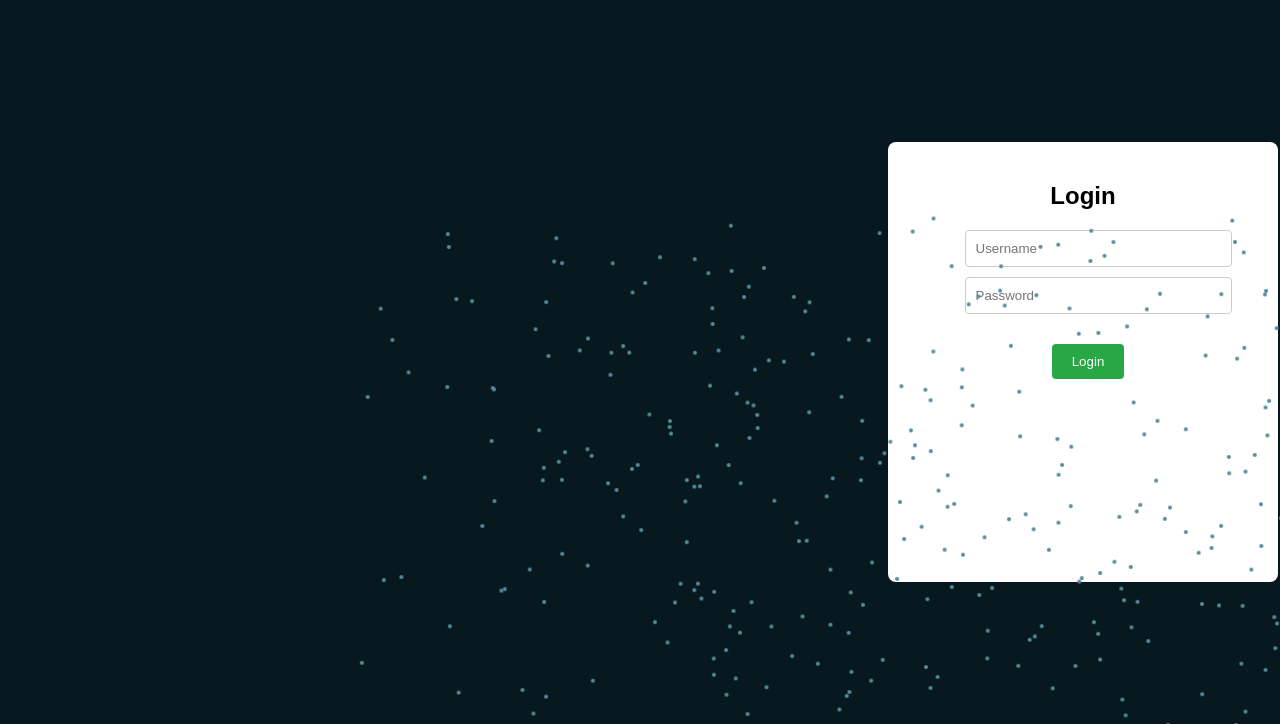
Repository: Anadi-Chauhan/Mentorship-binarybuddy
Page: login.html
These files come from the project's save history. The page is drawn as it stood at one moment and after the next save; the edit follows.
The browser window is 1280 px wide. The pictures show the whole page.

Above is the page before, as saved 2024-10-19 10:19:54.

After the next save:
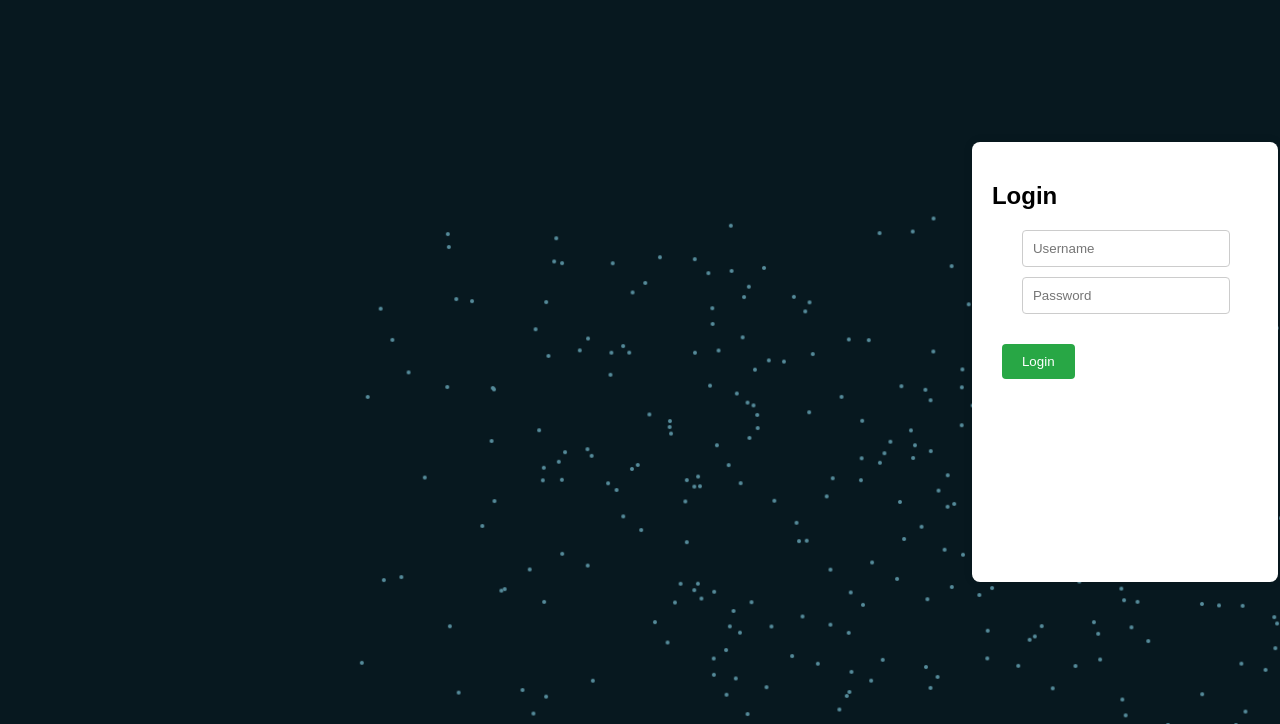
Saved 13 s later.
--- a/login.html
+++ b/login.html
@@ -9,7 +9,6 @@
 </head>
 <body>
     <div id="stars"></div>
-    <center>
     <div class="container">
         <div id="login-form">
             <h2>Login</h2>
@@ -24,7 +23,6 @@
             <button onclick="logout()">Logout</button>
         </div>
     </div>
-</center>
 
     <script src="stars.js" ></script>
     <script src="login.js"></script>
